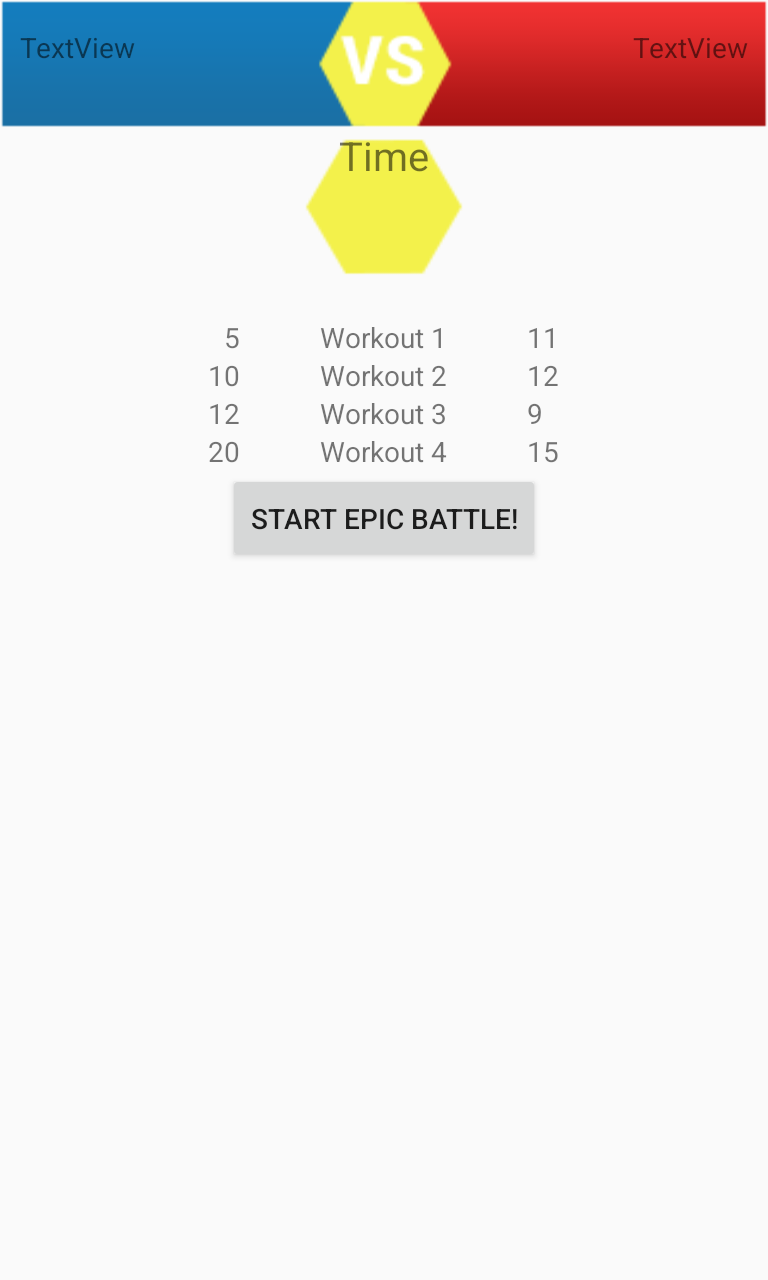
Repository: hackathon-2014/devdroid-repo
Layout: HealthyCompetition/res/layout/battlefield_layout.xml
The author's editor kept a copy of each file at every save. The layout is drawn from the files as they stood at one save, then again after the next save.
It is drawn on a 768 x 1280 px phone screen (xhdpi) without system bars, with theme AppTheme; the app's code is not run.

Above is the layout before, as saved 2014-08-23 20:03:27.

After the next save:
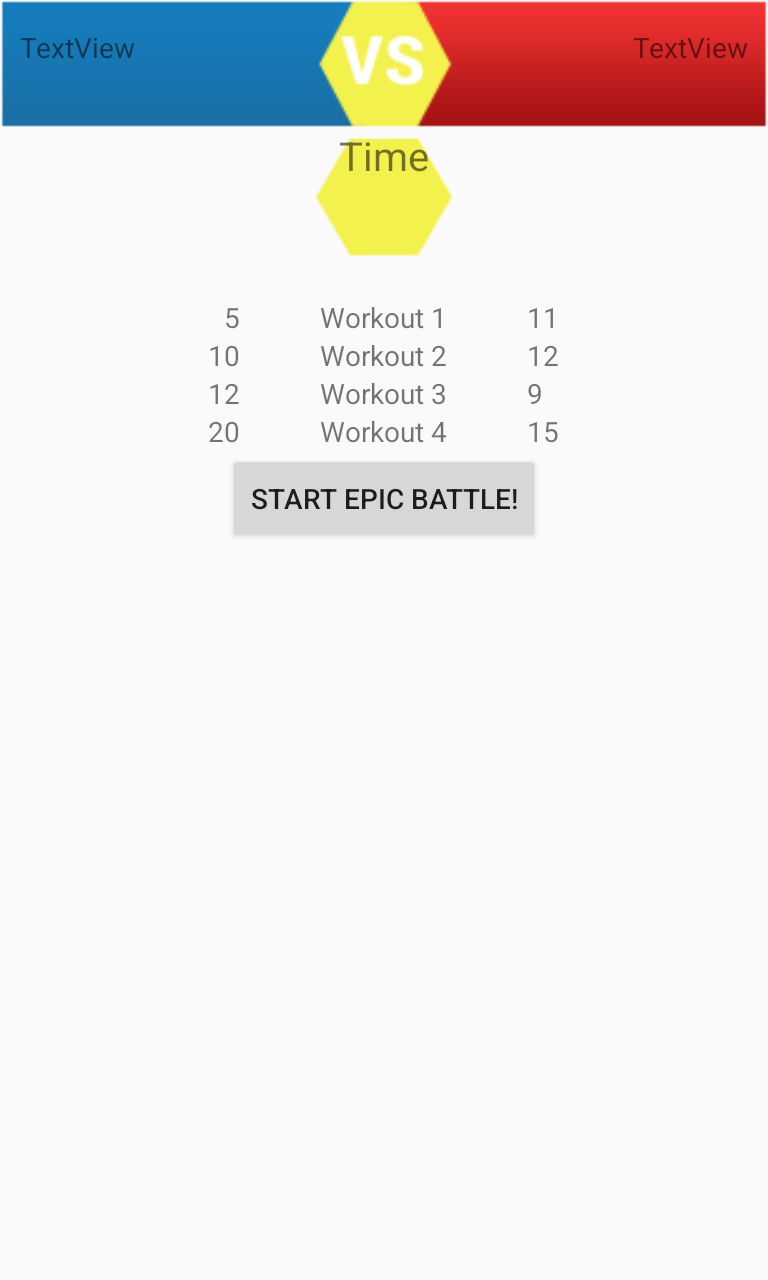
Saved 11 s later.
--- a/HealthyCompetition/res/layout/battlefield_layout.xml
+++ b/HealthyCompetition/res/layout/battlefield_layout.xml
@@ -16,8 +16,8 @@
             android:background="@drawable/versus_banner_9" />
         <ImageView
             android:id="@+id/timer_image"
-            android:layout_width="80dp"
-            android:layout_height="80dp"
+            android:layout_width="70dp"
+            android:layout_height="70dp"
             android:layout_below="@+id/versus_image"
             android:layout_centerHorizontal="true"
             android:background="@drawable/clockBG_9" />
